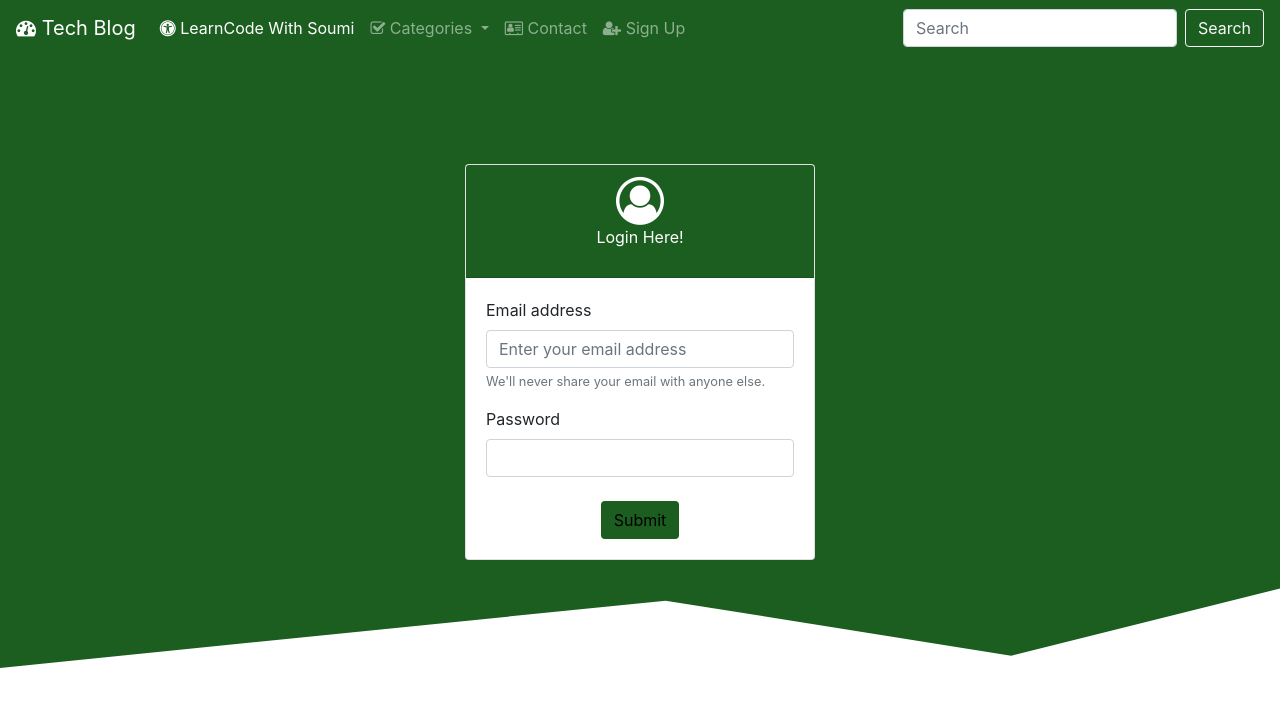
Repository: soumisen2508/Projetcs
Page: http://localhost/mytechblog/login_page.jsp
These files come from the project's save history. The page is drawn as it stood at one moment and after the next save; the edit follows.
The browser window is 1280 px wide. The pictures show the whole page.
Some web libraries are served in a nearby version. The page is served by Tomcat 9.

Above is the page before, as saved 2024-01-01 11:37:36.

After the next save:
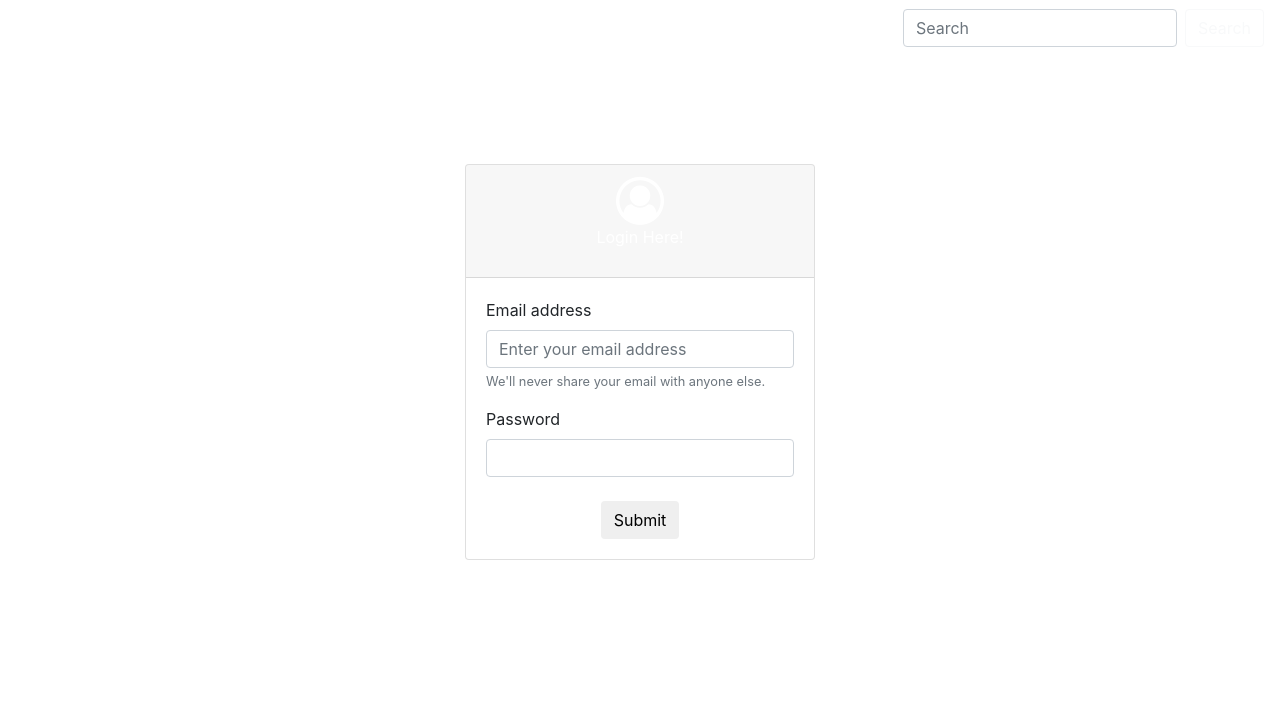
Saved 4 min 17 s later.
--- a/techblog/mytechblog/src/main/webapp/css/mystyle.css
+++ b/techblog/mytechblog/src/main/webapp/css/mystyle.css
@@ -4,6 +4,7 @@ body{
 
 }
 
-.primary-background{
-	background:#1B5E20!important;
-}
+$theme-colors: (
+  "primary": #0074d9,
+  "danger": #ff4136
+);
